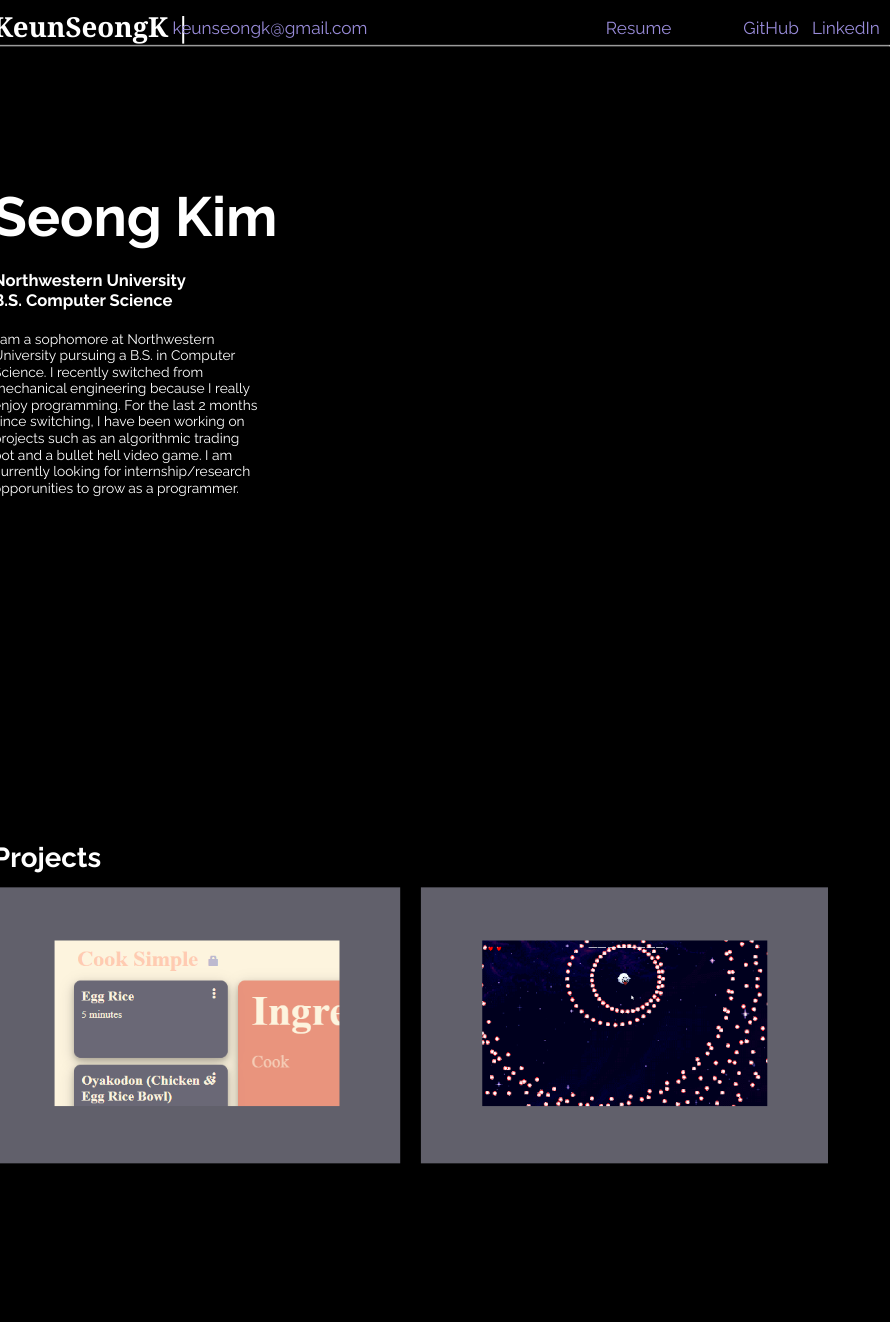
Repository: oqueuo/personal-site
Page: index.html
These files come from the project's save history. The page is drawn as it stood at one moment and after the next save; the edit follows.
The browser window is 1280 px wide. The page is 1290 px wide, then 1280 px, so the pictures cover 1290 px, including what lies to the right of the window. The pictures show the whole page, at 69% of full size.

Above is the page before, as saved 2020-09-21 16:32:08.

### index.html
<!-- Accountability, Balance, Trustworthiness -->
<!DOCTYPE html>
<html lang="en">
  <head>
    <meta charset="UTF-8">
    <meta name="viewport" content="width=device-width, initial-scale=1.0">
    <title>Seong Kim</title>
    <link rel="stylesheet" href="styles.css">
    <script src="scripts.js"></script>
  </head>

  <body>
    <main>
      <header>
        <h1 id="navbar-brand"><a href="index.html" class="navbar-brand">KeunSeongK |</a></h1>
        <a id="email" href = "mailto: abc@example.com">keunseongk@gmail.com</a>
        <ul>
          <li class="navbar-item"><a class="nav-link" href=#about></a></li>
          <li class="navbar-item" style="padding-right:100px;"><a class="nav-link" href="resume.html">Resume</a></li>
          <li class="navbar-item"><a class="nav-link" href="https://github.com/oqueuo">GitHub</a></li>
          <li class="navbar-item"><a class="nav-link" href="https://www.linkedin.com/in/seong-kim-a0a989160/">LinkedIn</a></li>
        </ul>

      </header>
      <section id="horizontal-line"></section>
        <hr>
      </section>
      <!-- About me -->
      <section id="about">

        <div id="about-text">
          <h1>Seong Kim</h1>
          <h2>Northwestern University<br>B.S. Computer Science</h2>
          <p>I am a sophomore at Northwestern University pursuing
            a B.S. in Computer Science. I recently switched from mechanical engineering
            because I really enjoy programming. For the last 2 months since switching,
            I have been working on projects such as an algorithmic trading bot and a
            bullet hell video game. I am currently looking for internship/research
            opporunities to grow as a programmer.
          </p>
        </div>
      </section>

      <h1 id="projects-header">Projects</h1>

      <!-- Projects: Filled in with JS template -->
      <section id="projects">
      </section>

    </main>
  </body>
  <script>
    render_projects(projects, "#projects");
  </script>
</html>

### styles.css
@import url('https://fonts.googleapis.com/css2?family=Raleway:ital,wght@0,100;0,200;0,300;0,400;0,500;0,600;0,700;0,800;0,900;1,100;1,200;1,300;1,400;1,500;1,600;1,700;1,800;1,900&display=swap');
/* Global styles
------------------------------------*/
* {
    /* Remove Chrome default margins */
    margin: 0 !important;
    font-family: 'Raleway', sans-serif;
}
body {
    background: black;
    display: flex;
    justify-content: center;
}
main {
    position: relative;
    width: 1300px;
    display: block;
    /* background: saddlebrown; */
    margin-left: auto;
    margin-right: auto;
}


/* NAVBAR */
header {
    color: white;
    padding-top: 10px;
    position: relative;
    width: inherit;
}
header>a {
    position: absolute;
    font-size: 25px;
    left: 260px;
    top: 25px;
}
header ul {
    position: absolute;
    top: 25px;
    right: 0px;
}
#navbar-brand {

}
.navbar-brand {
    text-decoration: none;
    font-size: 40px !important;
    color: white;
    font-family: Cambria, Cochin, Georgia, Times, 'Times New Roman', serif !important;
}

.navbar-item {
    display: inline;
    font-size: 25px;
    padding-right: 15px;
}
ul a, #email, .more-info-on-github {
    text-decoration: none;
    color: rgb(153, 140, 218);
}

ul a:hover, #email:hover, .more-info-on-github:hover {
    opacity: 0.8;
}
ul a:active, #email:active, .more-info-on-github:active {
    opacity: 0.7;
}
#horizontal-line {
    width: 100vw;
    left: 0;
}


/* ABOUT */
#about {
    color: white;
    margin-top: 200px !important;
    /* background: royalblue; */
}
#about-text h1 {
    font-family: 'Raleway', sans-serif;
    font-size: 80px;
}
#about-text h2 {
    margin-top: 30px !important;
}
#about p {
    margin-top: 30px !important;
    max-width: 30vw;
    font-size: 20px;
}


/* Projects */
#projects {
    margin-top: 20px !important;
    color: white;
    display: flex;
    flex-direction: row;
    flex-wrap: wrap;
    margin-bottom: 200px !important;
    flex: 2;
}
#projects-header {
    font-size: 40px;
    color: white;
    margin-top: 500px !important;
}

.project-card {
    width: calc(50% - 60px);
    margin-bottom: 30px !important;
    margin-right: 30px !important;
    height: 400px;
    background: rgb(97, 96, 107);;
    position: relative;
}
.project-card-content {
    width: 70%;
    height: 60%;
    position: absolute;
    background-size: auto;
    margin: 13% 15% !important;

    transition: .5s ease;
    backface-visibility: hidden;
}

.project-overlay {
    transition: .5s ease;
    opacity: 0;
    position: absolute;
    top: 50%;
    left: 50%;
    transform: translate(-50%, -50%);
    -ms-transform: translate(-50%, -50%);
}
.project-card:hover .project-card-content {
    opacity: 0.2;
}

.project-card:hover .project-overlay {
opacity: 1;
}


/* Resume */
.resume {
    margin-top: 200px !important;
    background-image: url(backgrounds/resume330.png);
    height: 1000px;
    width: 63%;
}

### scripts.js
var projects = [
    {
        title: "Cook Simple",
        description: "A minimalist recipe storage app for computers and mobile devices.",
        cover: "backgrounds/cook-simple.png"
    },
    {
        title: "Boollet Hell",
        description: "A Bullet Hell shooter game. Inspired by popular bullet hell shooters from Japan",
        cover: "backgrounds/boollet-hell.png"
    }
]
let more_info_on_my_github = "More info on <a class='more-info-on-github' href='https://github.com/oqueuo'>GitHub</a>"


function render_projects(projects, projects_id) {
    let project_case = document.querySelector(projects_id);
    if (project_case) {
        if (projects instanceof Array) {
            for (let project of projects) {
                let template = `
                <div class="project-card-content" style="background-image: url(${project.cover});"></div>
                <div class="project-overlay">
                    <p>${project.description}<br><br></p>
                    ${more_info_on_my_github}
                </div>`;

                let container = document.createElement("div");
                container.className = "project-card";

                container.innerHTML = template;
                project_case.append(container);
            }
        }
    }
}

const show_project_info = (el) => {

}

After the next save:
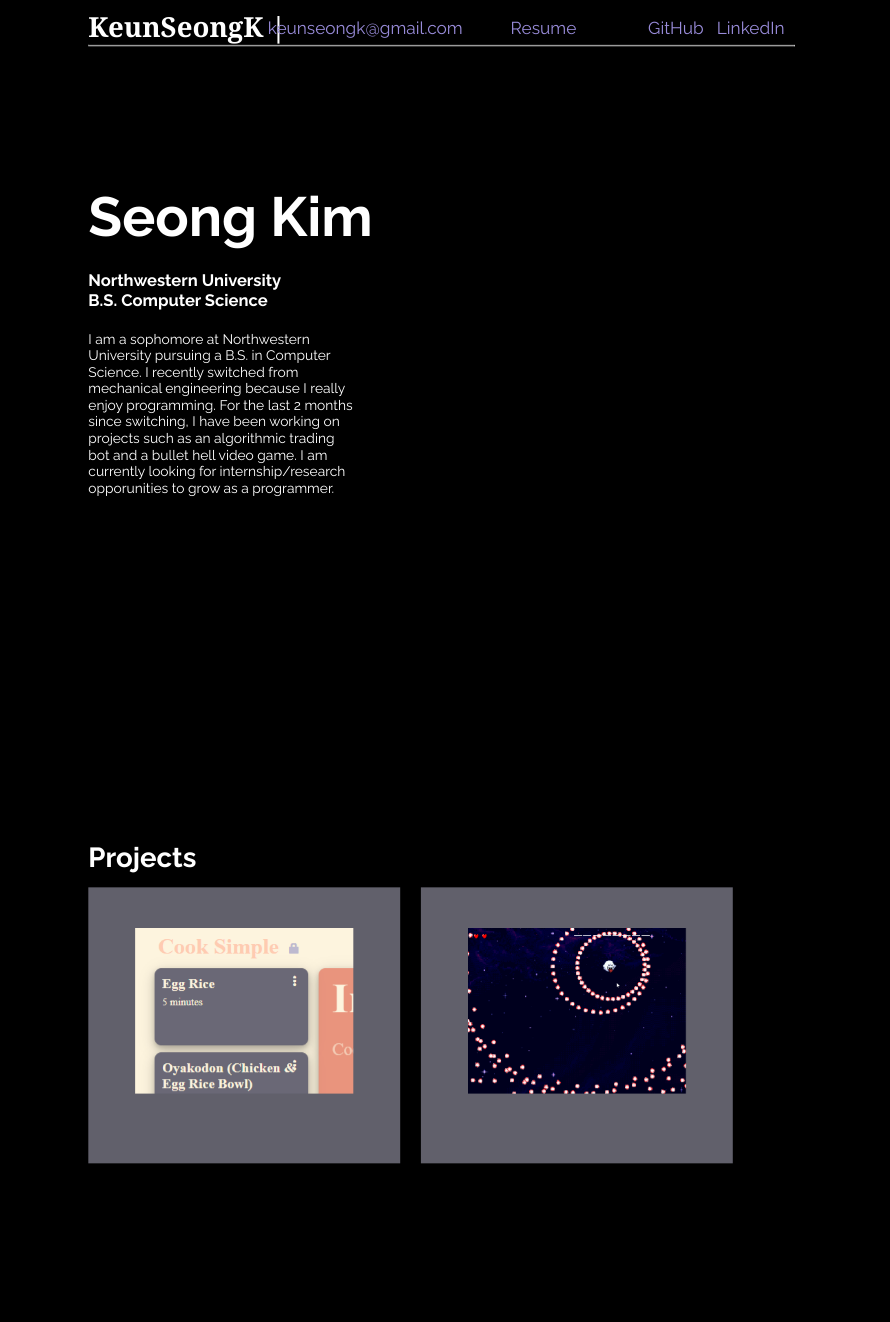
Saved 2 min 10 s later.
--- a/styles.css
+++ b/styles.css
@@ -13,7 +13,7 @@ body {
 }
 main {
     position: relative;
-    width: 1300px;
+    width: 80vw;
     display: block;
     /* background: saddlebrown; */
     margin-left: auto;
